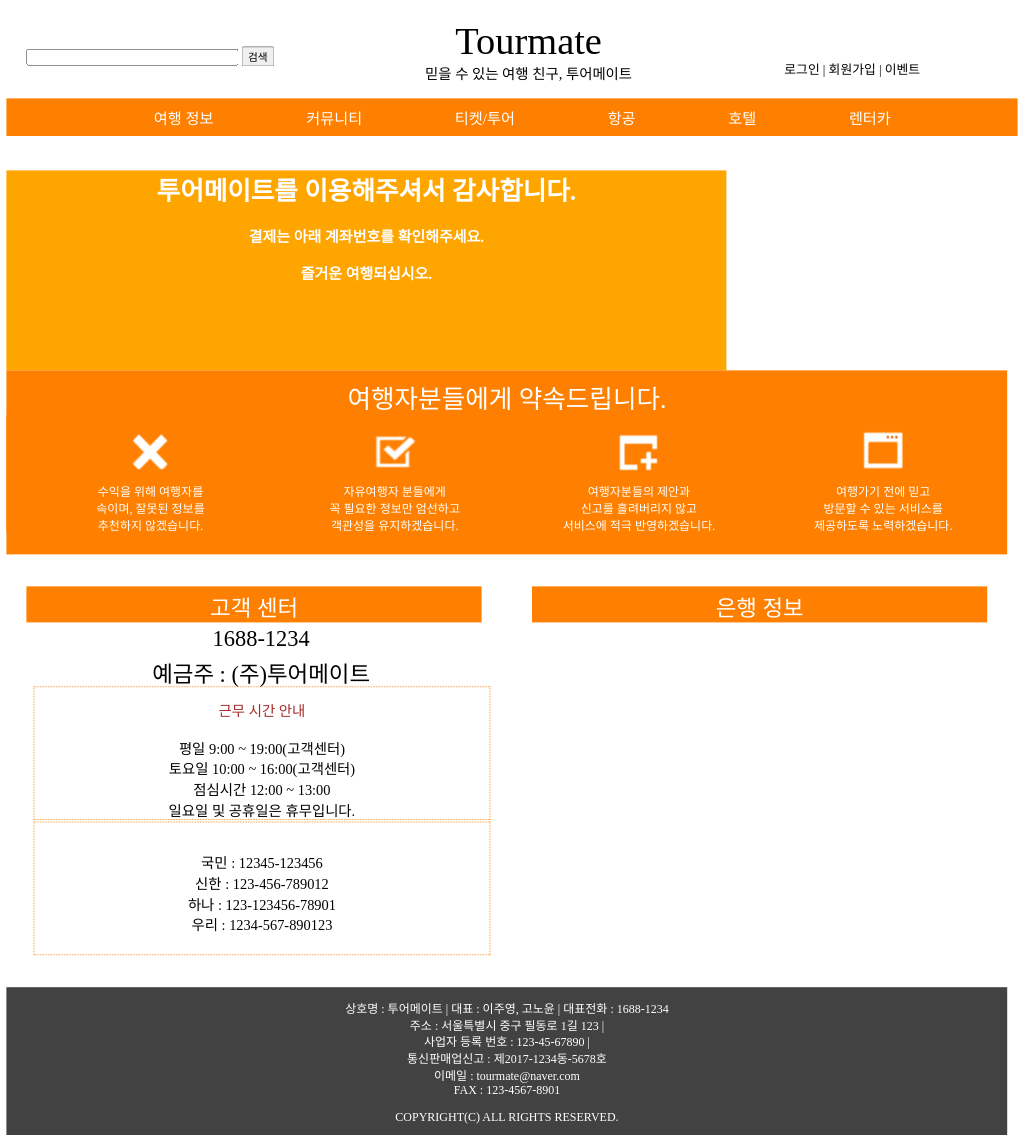
Repository: nohyoonko/2017-2-WP-Tourmate
Page: http://localhost/Tourmate/항공_ok.jsp
An editor plug-in stored every save of this project. The page is shown before and after the next save, followed by the edit.
The browser window is 1280 px wide. The pictures show the whole page, at 80% of full size.
Some web libraries are served in a nearby version. The page is served by Tomcat 9. Other server files are loaded and not shown.

Above is the page before, as saved 2017-12-06 13:18:13.

### eclipse-workspace/Tourmate/WebContent/항공_ok.jsp
<%@ page contentType="text/html; charset=UTF-8" pageEncoding="UTF-8"%>
<!DOCTYPE html>
<html lang="ko">
	<head>
		<meta http-equiv="Content-Type" content="text/html; charset=UTF-8" />
		<title>투어메이트</title>
		<script src="http://code.jquery.com/jquery-1.10.1.js"></script>
		<style>
		.orangebox {
         height:250px;
         width:900px;
         color:white;
         background:orange;
      }
		</style>
	</head>
	<body>
		<!-- 제목+메뉴바를 포함한 Header.jsp 파일을 include -->
 		<jsp:include page="Header.jsp" flush="false"/>
		<br><br>
		<div class="orangebox">
			<center>
			<h1>투어메이트를 이용해주셔서 감사합니다.</h1>
			<h3>결제는 아래 계좌번호를 확인해주세요.</h3>
			<h3>즐거운 여행되십시오.</h3>
			</center>
		</div>
		<!-- 회사 정보와 약속을 포함한 Footer.jsp 파일을 include -->
		<jsp:include page="Footer.jsp" flush="false"/>
	</body>
</html>

### eclipse-workspace/Tourmate/WebContent/Header.jsp
<%@ page language="java" contentType="text/html; charset=UTF-8"
    pageEncoding="UTF-8"%>
<!DOCTYPE html PUBLIC "-//W3C//DTD HTML 4.01 Transitional//EN" "http://www.w3.org/TR/html4/loose.dtd">
<html>
<head>
	<meta http-equiv="Content-Type" content="text/html; charset=UTF-8">
	<title>투어메이트</title>
    <style>
        div { font-family: "함초롬돋움"; }

        div.header1 {
            width: 30%;
            float: left;
            margin-left: 25px;
            margin-top: 50px;
        }

        div.header2 {
            width: 33%;
            height: 60px;
            float: left;
            margin-left: 40px;
            margin-top: 15px;
            color: black;
        }

      	div.header2 > a {
        	color:black; text-decoration:none;
      	}

        div.header3 {
            width: 31%;
            height: 50px;
            float: left;
            margin-right: 10px;
            margin-top: 65px;
        }

        .menubar {
 			background: #FF8000;
 			display: inline-block;
  			width: 100%;
		}
		.main { margin: 0; padding: 0; font-size: 19px; }
		.main li {
			padding:0% 3% 0% 3%;
  			float: left;
  			list-style:none;
  			position: relative;
		}
		.main li:first-child { margin-left: 10%; }
		.main li:hover { background: #984807; }
		.main a {
  			color: white;
  			display: block;
  			padding: 10px 20px;
  			text-decoration: none;
		}
		.main ul {
  			background: white;
  			display: none;
  			padding: 0;
  			position: absolute;
  			left: 0;
  			top: 100%;
  			z-index: 2;
  			width: 210px;
		}
		.main ul li { float: none; margin-left: 10%; }
		.main ul a { color: #984807; }
		.main ul li:hover { background: white; }
		.main ul li:hover>a { color: #FF8000; }
	</style>
</head>
<body>
    <div class="header1">
        <input type="text" size=30>
        <input type="submit" value="검색">
    </div>
    <a href="투어메이트.html">
    <div class="header2">
        <center>
            <font face="HYHeadLine" size="7">Tourmate</font><br>
            <font face="함초롬돋움" size="4">믿을 수 있는 여행 친구, 투어메이트</font>
        </center>
    </div>
    </a>
    <div class="header3">
        <center>
            <font size="3">로그인 | 회원가입 | 이벤트</font>
        </center>
    </div>

    <!--상단 메뉴바와 하위 메뉴-->
    <script src="//code.jquery.com/jquery.min.js"></script>
	<script>
	$(function(){
  		$(".main li").hover(function(){
    		$('ul:first',this).show();
  		}, function(){
    		$('ul:first',this).hide();
  		});
	});
	</script>

        <div class="menubar">
        <ul class="main">
            <li>
                 <a href="#">여행 정보</a>
                 <ul>
                  <li><a href="인기_여행_도시.jsp">인기 여행 도시</a></li>
                  <li><a href="여행_준비.jsp">여행 준비</a></li>
               </ul>
            </li>

            <li>
                <a href="#">커뮤니티</a>
                <ul>
                    <li><a href="여행_후기.jsp">여행 후기</a></li>
                </ul>
            </li>

            <li>
                <a href="#">티켓/투어</a>
                <ul>
                    <li><a href="티켓투어_한국.jsp">한국</a></li>
                    <li><a href="티켓투어_홍콩.jsp">홍콩</a></li>
                    <li><a href="티켓투어_일본.jsp">일본</a></li>
                    <li><a href="티켓투어_싱가포르.jsp">싱가포르</a></li>
                    <li><a href="티켓투어_대만.jsp">대만</a></li>
                </ul>
            </li>

            <li><a href="항공.jsp">항공</a></li>
            <li><a href="호텔.jsp">호텔</a></li>
            <li><a href="렌터카.jsp">렌터카</a></li>
        </ul>
    </div>
</body>
</html>

### eclipse-workspace/Tourmate/WebContent/Footer.jsp
<%@ page language="java" contentType="text/html; charset=UTF-8"
    pageEncoding="UTF-8"%>
<!DOCTYPE html PUBLIC "-//W3C//DTD HTML 4.01 Transitional//EN" "http://www.w3.org/TR/html4/loose.dtd">
<html>
<head>
	<meta http-equiv="Content-Type" content="text/html; charset=UTF-8">
	<title>투어메이트</title>
    <style>
        div { font-family: "함초롬돋움"; }

       div.footer{
         width:99%;
         height:220px;
         float:left;
         background-color:#FF8000;
         color:white;
         text-align:center;
         padding-top:10px;
      }
      div.promise{
         width:20%;
         float:left;
         height:140px;
         background-color:#FF8000;
         color:white;
         font-size:15px;
         text-align:center;
         padding-top:5px;
         padding-left:55px;
      }
      div.footer2{
         width:45%;
         height:40px;
         float:left;
         font-size:28px;
         background-color:#FF8000;
         color:white;
         text-align:center;
         padding-top:5px;
         margin-left:2%;
         margin-right:3%;
         margin-top:40px;
      }
      div.footer3{
         width:45%;
         height:35px;
         float:left;
         font-size:28px;
         text-align:center;
         padding-top:4px;
         margin-left:34px;
         margin-right:34px;
      }
      div.footer4{
         width:45%;
         height:150px;
         float:left;
         font-size:18px;
         text-align:center;
         padding-top:15px;
         margin-top:2px;
         margin-left:34px;
         margin-right:34px;
         border-width: 1px;
         border-style : dotted;
         border-color : #FF8000;
      }
      div.footer5{
         width:99%;
         height:170px;
         font-size:15px;
         background-color:#424242;
         color:white;
         float:left;
         text-align:center;
         padding-top:15px;
         margin-top:40px;
      }
       #fo {width:60px; height:60px; padding:10px 70px 5px 70px;}
	</style>
</head>
<body>
       <div class="footer">
         <font size="6">여행자분들에게 약속드립니다.</font><br>
         <div class="promise">
            <img id="fo" src="main/footer 그림1.png"><br>
            수익을 위해 여행자를<br>
            속이며, 잘못된 정보를<br>
            추천하지 않겠습니다.
         </div>
         <div class="promise">
            <img id="fo" src="main/footer 그림2.png"><br>
            자유여행자 분들에게<br>
            꼭 필요한 정보만 엄선하고<br>
            객관성을 유지하겠습니다.
         </div>
         <div class="promise">
            <img id="fo" src="main/footer 그림3.png"><br>
            여행자분들의 제안과<br>
            신고를 흘려버리지 않고<br>
            서비스에 적극 반영하겠습니다.
         </div>
         <div class="promise">
            <img id="fo" src="main/footer 그림4.png"><br>
            여행가기 전에 믿고<br>
            방문할 수 있는 서비스를<br>
            제공하도록 노력하겠습니다.
         </div>
      </div>
      <br>
      <div class="footer2">고객 센터</div>
      <div class="footer2">은행 정보</div>
      <br>
      <div class="footer3">1688-1234</div>
      <div class="footer3">예금주 : (주)투어메이트</div>
      <br>
      <div class="footer4">
         <font color="brown" size="4">근무 시간 안내</font><br><br>
         평일 9:00 ~ 19:00(고객센터)<br>
         토요일 10:00 ~ 16:00(고객센터)<br>
         점심시간 12:00 ~ 13:00<br>
         일요일 및 공휴일은 휴무입니다.<br>
      </div>
      <div class="footer4"><br>
         국민 : 12345-123456<br>
         신한 : 123-456-789012<br>
         하나 : 123-123456-78901<br>
         우리 : 1234-567-890123<br>
      </div>
      <div class="footer5">
         상호명 : 투어메이트 | 대표 : 이주영, 고노윤 | 대표전화 : 1688-1234<br>
         주소 : 서울특별시 중구 필동로 1길 123 | <br>
         사업자 등록 번호 : 123-45-67890 |<br>
         통신판매업신고 : 제2017-1234동-5678호<br>
         이메일 : tourmate@naver.com<br>
         FAX : 123-4567-8901<br><br>
         COPYRIGHT(C) ALL RIGHTS RESERVED.<br>
      </div>
</body>
</html>

After the next save:
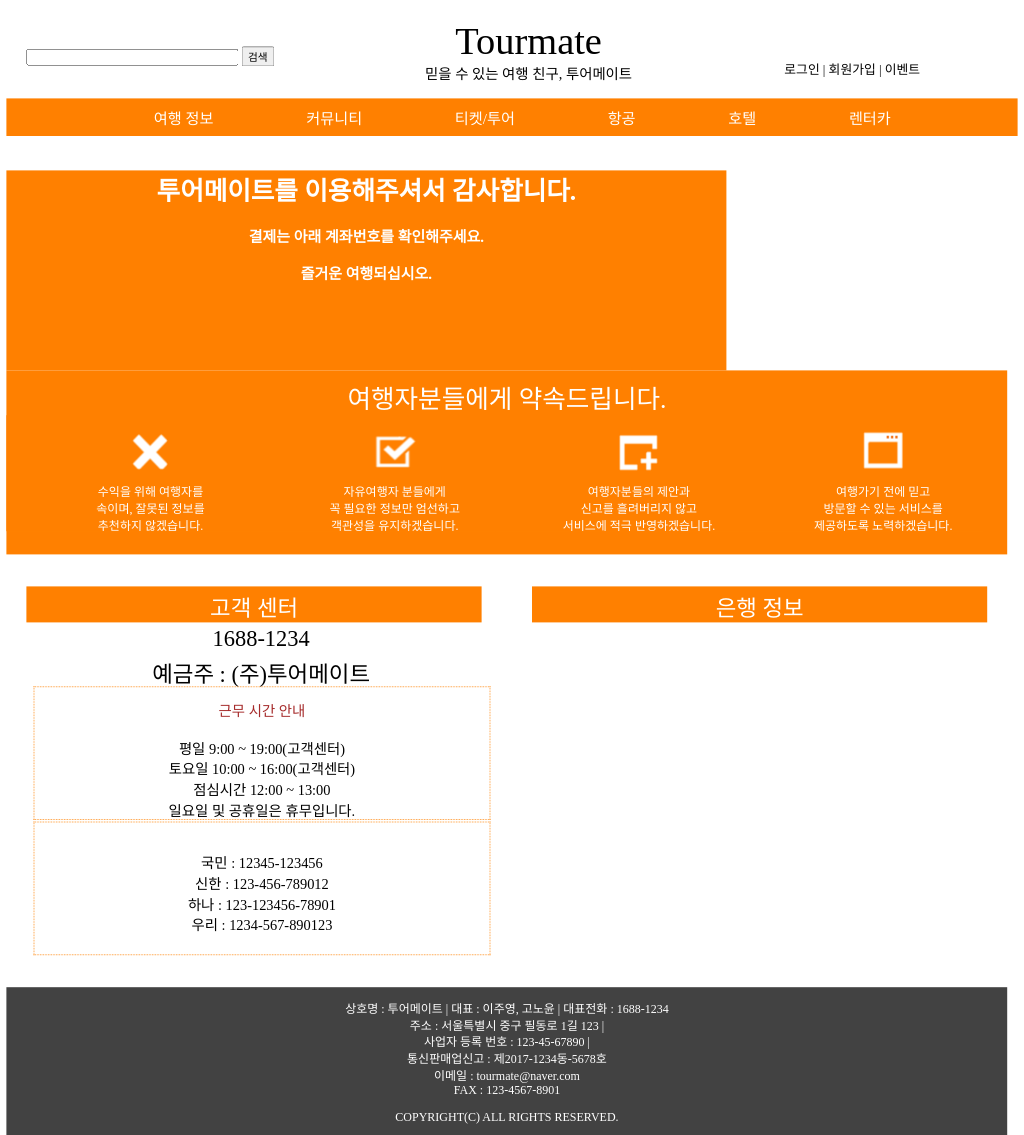
Saved 20 s later.
--- a/eclipse-workspace/Tourmate/WebContent/항공_ok.jsp
+++ b/eclipse-workspace/Tourmate/WebContent/항공_ok.jsp
@@ -10,7 +10,7 @@
          height:250px;
          width:900px;
          color:white;
-         background:orange;
+         background-color:#FF8000;
       }
 		</style>
 	</head>
